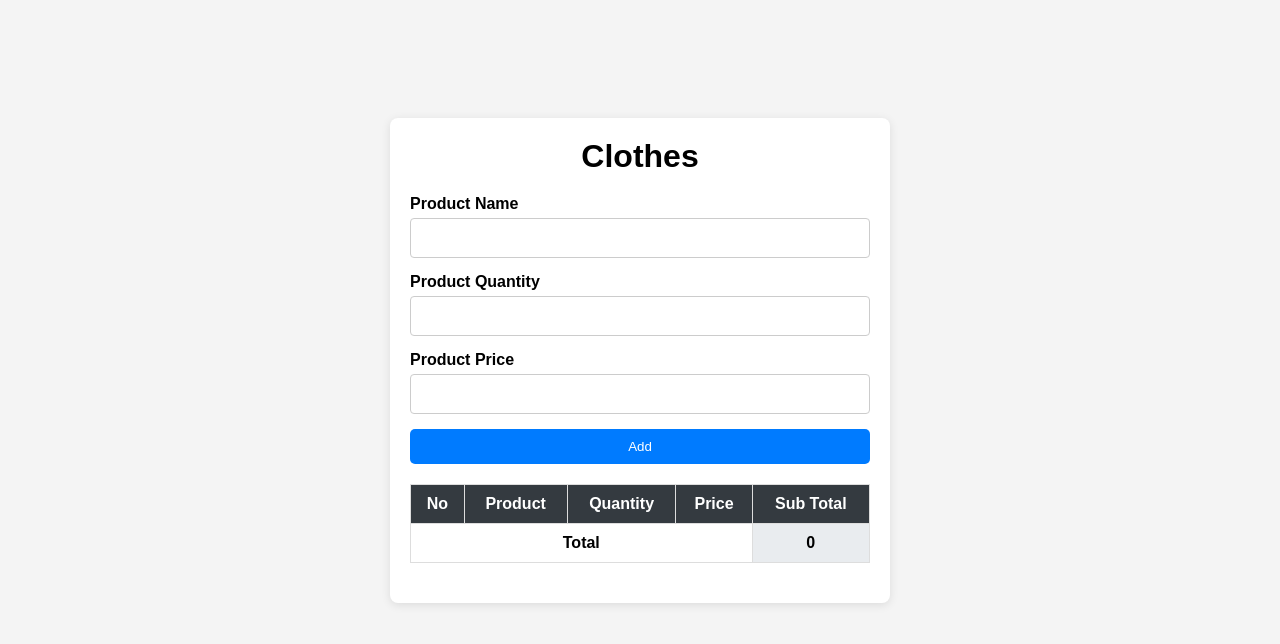
Repository: LeTiepTuyen/homework2
Page: clothes_form.html
These files come from the project's save history. The page is drawn as it stood at one moment and after the next save; the edit follows.
The browser window is 1280 px wide. The pictures show the whole page.

Above is the page before, as saved 2024-09-19 19:02:14.

### clothes_form.html
<!DOCTYPE html>
<html lang="en">
  <head>
    <meta charset="UTF-8" />
    <meta name="viewport" content="width=device-width, initial-scale=1.0" />
    <title>Clothes Form</title>
    <link rel="stylesheet" href="style.css" />
  </head>
  <body>
    <div class="container">
      <h1>Clothes</h1>
      <form id="productForm">
        <div class="input-group">
          <label for="productName">Product Name</label>
          <input type="text" id="productName" required />
        </div>
        <div class="input-group">
          <label for="productQuantity">Product Quantity</label>
          <input type="number" id="productQuantity" required />
        </div>
        <div class="input-group">
          <label for="productPrice">Product Price</label>
          <input type="number" id="productPrice" required />
        </div>
        <button type="button" id="addButton">Add</button>
      </form>

      <table id="productTable">
        <thead>
          <tr>
            <th>No</th>
            <th>Product</th>
            <th>Quantity</th>
            <th>Price</th>
            <th>Sub Total</th>
          </tr>
        </thead>
        <tbody></tbody>
        <tfoot>
          <tr>
            <td colspan="4">Total</td>
            <td id="totalSum">0</td>
          </tr>
        </tfoot>
      </table>
    </div>

    <script>
      let productCount = 0;
      let totalSum = 0;

      document.getElementById("addButton").addEventListener("click", function () {
        const name = document.getElementById("productName").value;
        const quantity = parseInt(document.getElementById("productQuantity").value);
        const price = parseInt(document.getElementById("productPrice").value);

        if (!name || !quantity || !price) {
          alert("Please fill out all fields");
          return;
        }

        productCount++;
        const subtotal = quantity * price;
        totalSum += subtotal;

        const tableBody = document.querySelector("#productTable tbody");
        const newRow = document.createElement("tr");
        newRow.innerHTML = `
          <td>${productCount}</td>
          <td>${name}</td>
          <td>${quantity}</td>
          <td>${price}</td>
          <td>${subtotal}</td>
        `;
        tableBody.appendChild(newRow);

        document.getElementById("totalSum").innerText = totalSum;

        document.getElementById("productForm").reset();
      });
    </script>
  </body>
</html>

### style.css
* {
  margin: 0;
  padding: 0;
  box-sizing: border-box;
}

body {
  font-family: Arial, sans-serif;
  background-color: #f4f4f4;
  display: flex;
  justify-content: center;
  align-items: center;
  height: 100vh;
}

.container {
  background-color: white;
  padding: 20px;
  border-radius: 8px;
  box-shadow: 0 2px 10px rgba(0, 0, 0, 0.1);
  width: 500px;
}

h1 {
  text-align: center;
  margin-bottom: 20px;
}

.input-group {
  display: flex;
  flex-direction: column;
  margin-bottom: 15px;
}

label {
  font-weight: bold;
  margin-bottom: 5px;
}

input {
  padding: 10px;
  font-size: 16px;
  border: 1px solid #ccc;
  border-radius: 4px;
}

button {
  padding: 10px 20px;
  background-color: #007bff;
  color: white;
  border: none;
  border-radius: 5px;
  cursor: pointer;
  width: 100%;
  margin-bottom: 20px;
}

button:hover {
  background-color: #0056b3;
}

table {
  width: 100%;
  border-collapse: collapse;
  margin-bottom: 20px;
}

th,
td {
  padding: 10px;
  text-align: center;
  border: 1px solid #ddd;
}

thead th {
  background-color: #343a40;
  color: white;
}

tfoot td {
  font-weight: bold;
}

tfoot td:last-child {
  background-color: #e9ecef;
}

After the next save:
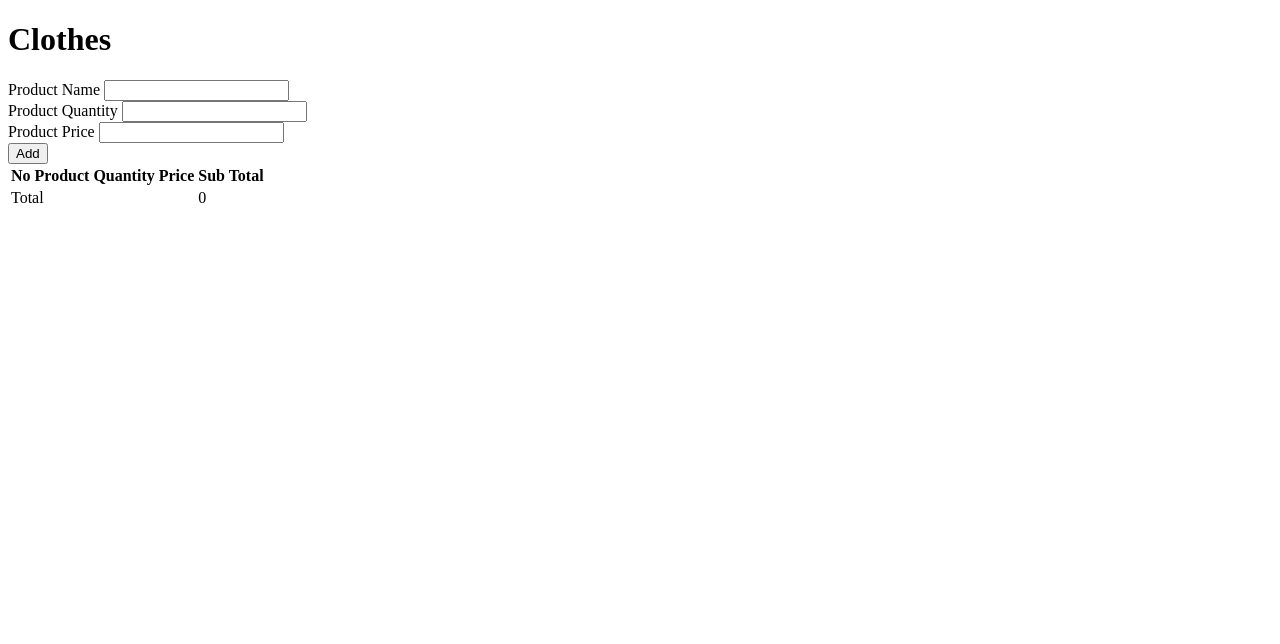
Saved 54 s later.
--- a/clothes_form.html
+++ b/clothes_form.html
@@ -4,7 +4,7 @@
     <meta charset="UTF-8" />
     <meta name="viewport" content="width=device-width, initial-scale=1.0" />
     <title>Clothes Form</title>
-    <link rel="stylesheet" href="style.css" />
+    <!-- <link rel="stylesheet" href="style.css" /> -->
   </head>
   <body>
     <div class="container">

After the save that followed:
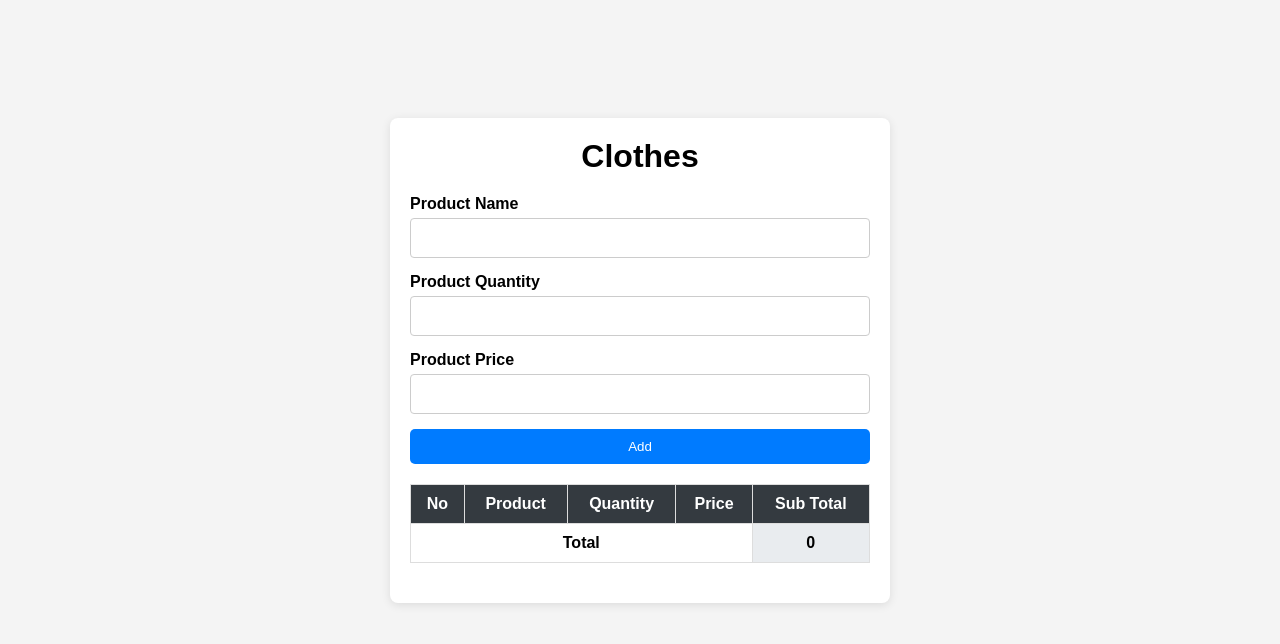
Saved 21 s later.
--- a/clothes_form.html
+++ b/clothes_form.html
@@ -4,7 +4,7 @@
     <meta charset="UTF-8" />
     <meta name="viewport" content="width=device-width, initial-scale=1.0" />
     <title>Clothes Form</title>
-    <!-- <link rel="stylesheet" href="style.css" /> -->
+    <link rel="stylesheet" href="style.css" />
   </head>
   <body>
     <div class="container">
